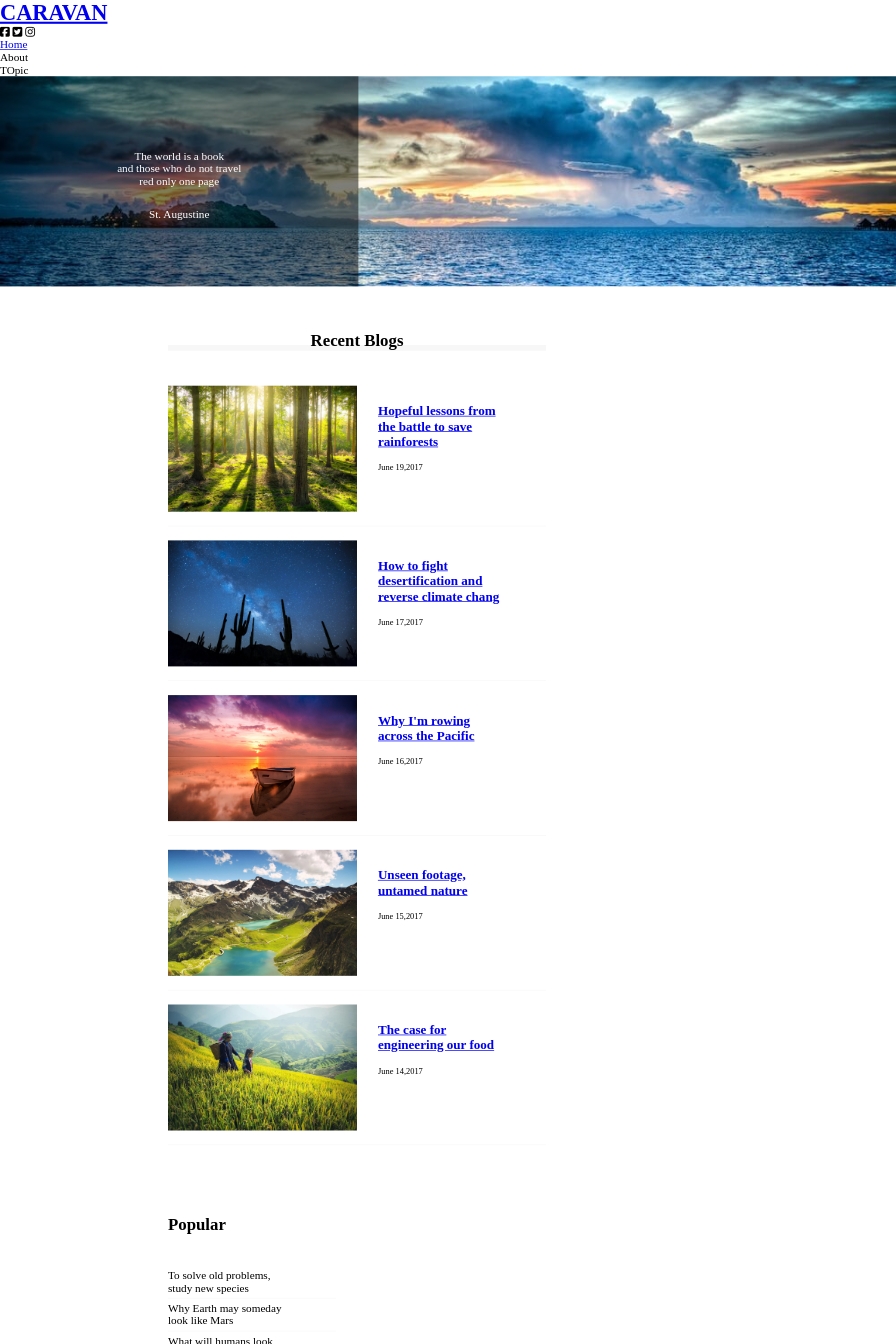
Repository: wakasugisatoi/git
Page: caravan/index2.html
The author's editor kept a record of every edit. The page is drawn from the files as they stood at one moment, then again after the next edit.
The browser window is 1280 px wide. The pictures show the part of the page from y = 0 to 1920 px (the page is 3074 px tall), at 70% of full size.
Some web libraries are served in a nearby version.

Above is the page before.

After the next edit:
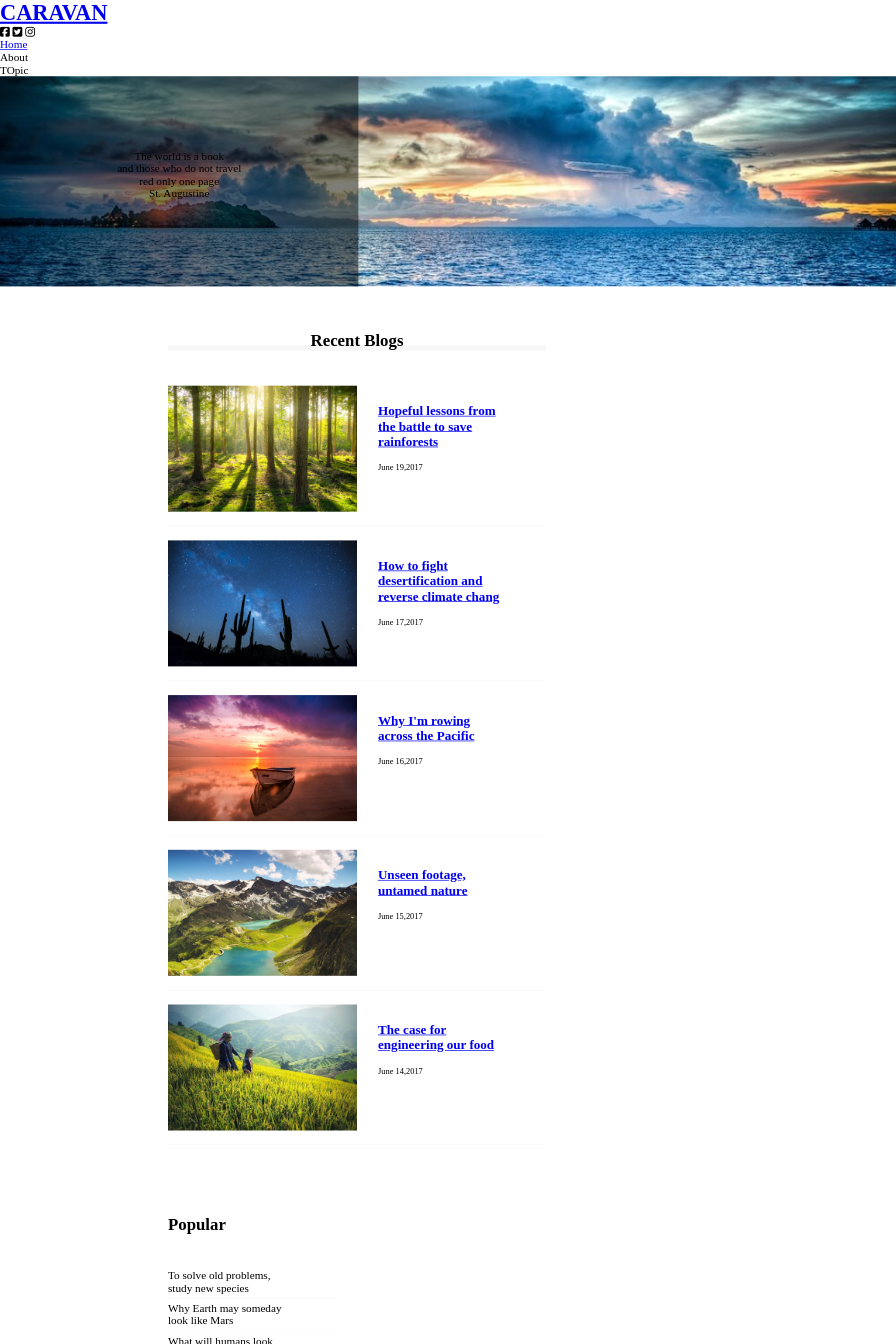
The edit:
--- a/caravan/style2.css
+++ b/caravan/style2.css
@@ -77,14 +77,14 @@ header .heading{
   /*background-color: gold;*/
 }
 
-.main-visual-text{
-  color:#fff;
-}
-
-.main-visual-name{
-  margin-top:30px;
-  color:#fff;
-}
+/*.main-visual-text{*/
+/*  color:#fff;*/
+/*}*/
+
+/*.main-visual-name{*/
+/*  margin-top:30px;*/
+/*  color:#fff;*/
+/*}*/
 
 main{
   width: 800px;
